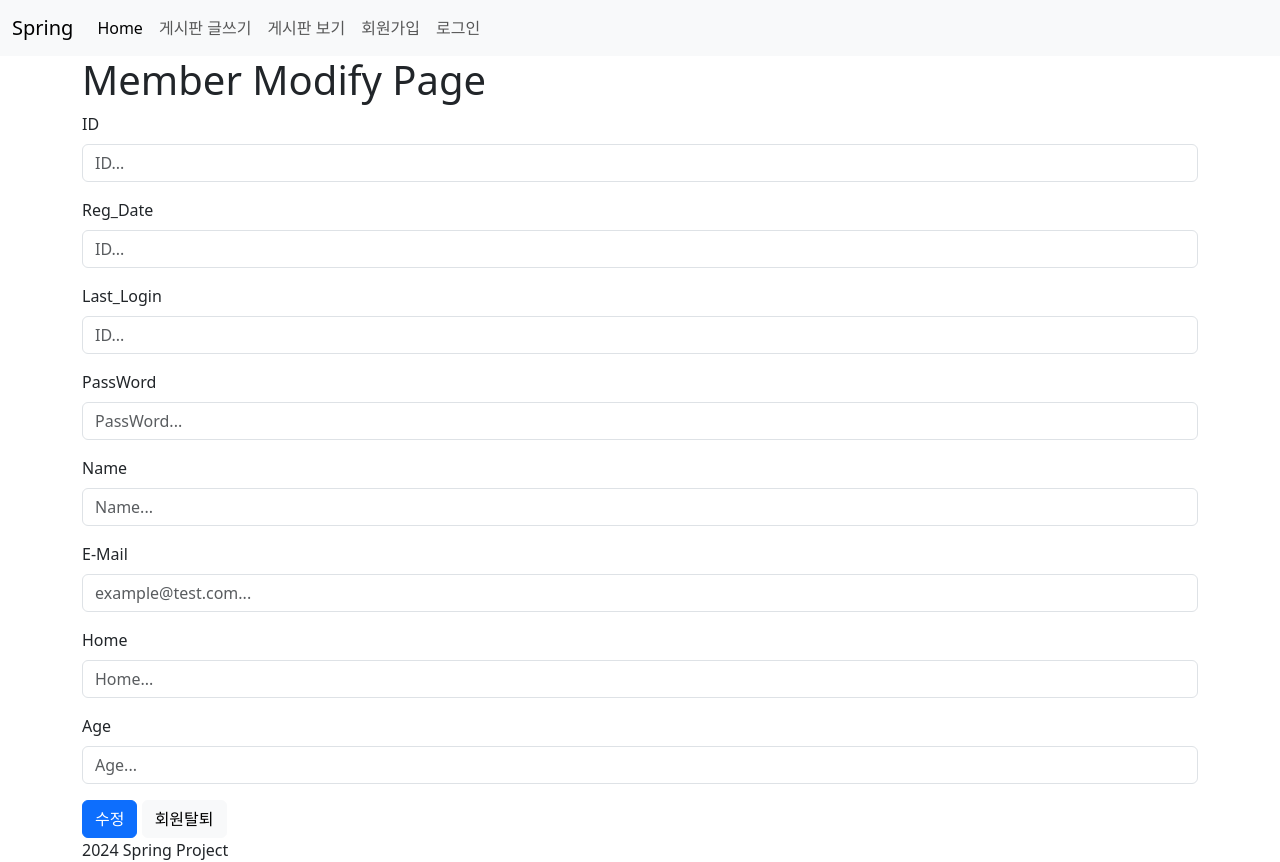
Repository: havanara/240423_SPRING_Project
Page: http://localhost/spring_study/WEB-INF/views/member/modify.jsp
These files come from the project's save history. The page is drawn as it stood at one moment and after the next save; the edit follows.
The browser window is 1280 px wide. The pictures show the whole page.
The page is served by Tomcat 9. Nobody is signed in. The template is opened directly, without the code that normally fills it, so the values that code supplies are empty.

Above is the page before, as saved 2024-04-25 09:09:53.

After the next save:
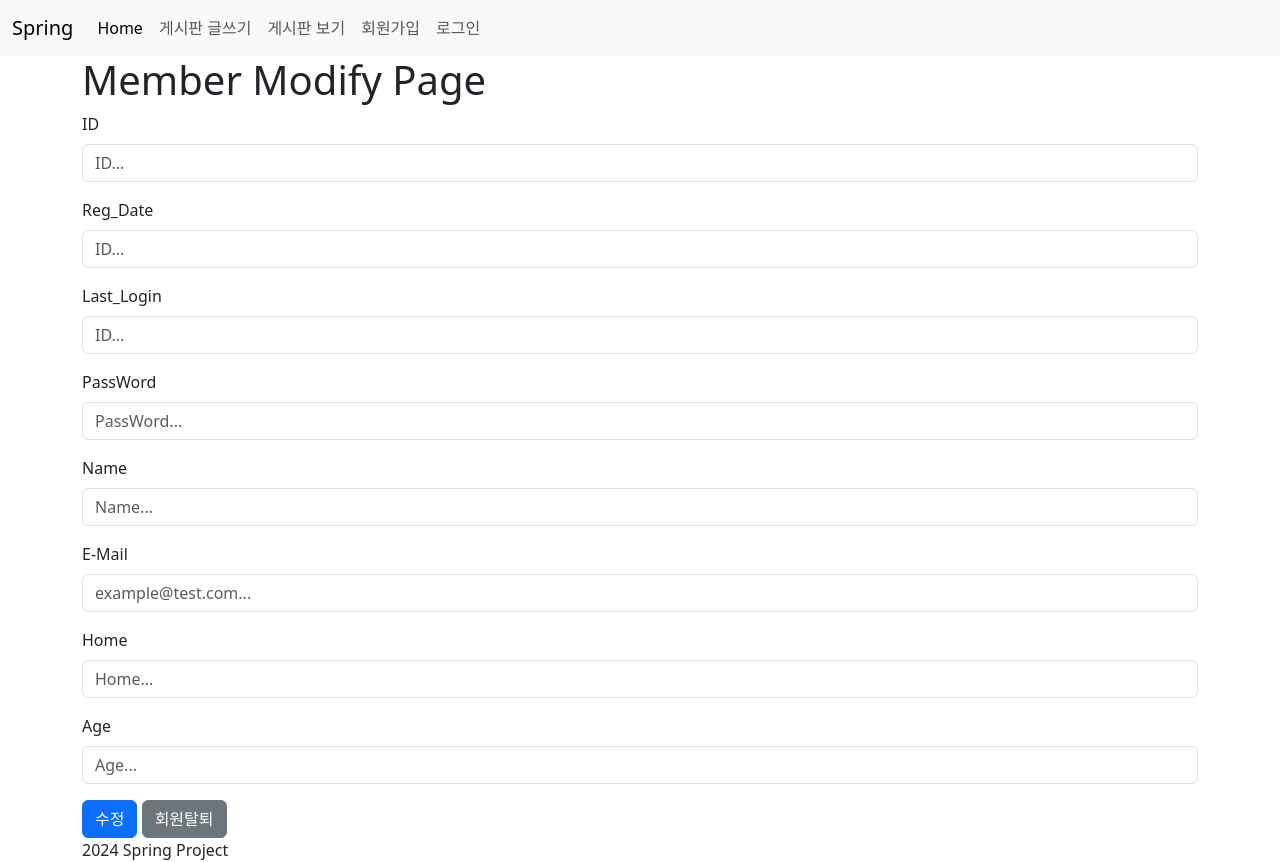
Saved 29 s later.
--- a/spring_study/src/main/webapp/WEB-INF/views/member/modify.jsp
+++ b/spring_study/src/main/webapp/WEB-INF/views/member/modify.jsp
@@ -39,7 +39,7 @@
 	</div>
 
 	<button type="submit" class="btn btn-primary">수정</button>
-	<a href="/index.jsp"><button type="button" class="btn btn-light">회원탈퇴</button></a>
+	<a href="/index.jsp"><button type="button" class="btn btn-secondary">회원탈퇴</button></a>
 </form>
 
 </div>
